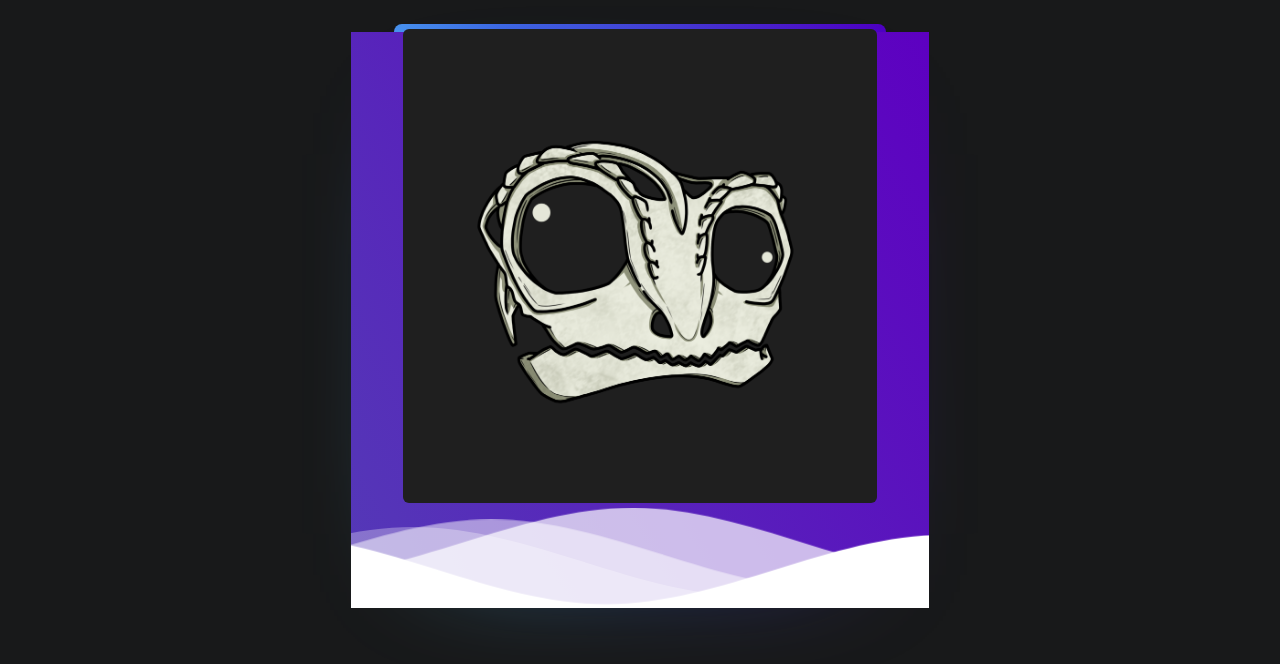
Repository: gabmacinas/ChameleonsInTheCityReact
Page: /
An editor plug-in stored every save of this project. The page is shown before and after the next save, followed by the edit.
The browser window is 1280 px wide. The pictures show the whole page.
The project was rebuilt for these pictures with package versions that can differ from the ones it lists, and the page was loaded fresh each time.

Above is the page before, as saved 2022-01-18 21:07:36.

After the next save:
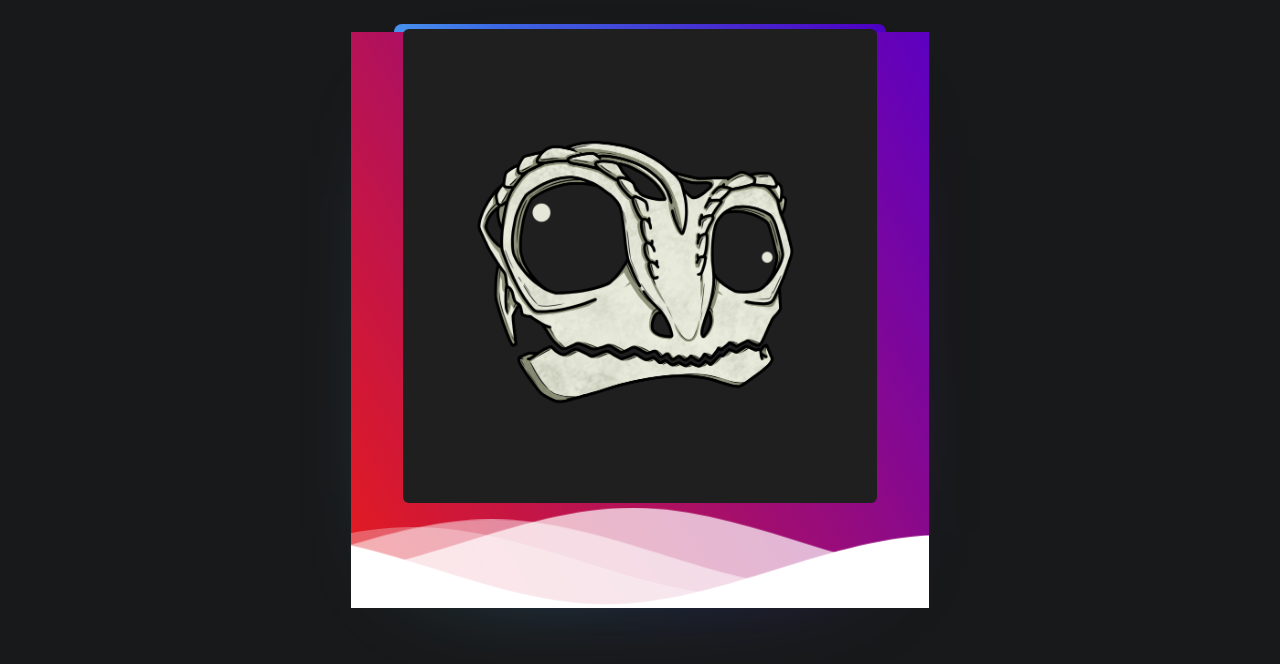
Saved 7 s later.
--- a/src/App.css
+++ b/src/App.css
@@ -128,7 +128,7 @@
 .header {
   position:relative;
   text-align:center;
-  background: linear-gradient(60deg, rgba(84,58,183,1) 0%, rgb(93, 0, 193) 100%);
+  background: linear-gradient(60deg, rgb(231, 28, 28) 0%, rgb(93, 0, 193) 100%);
   color:white;
 }
 .logo {
